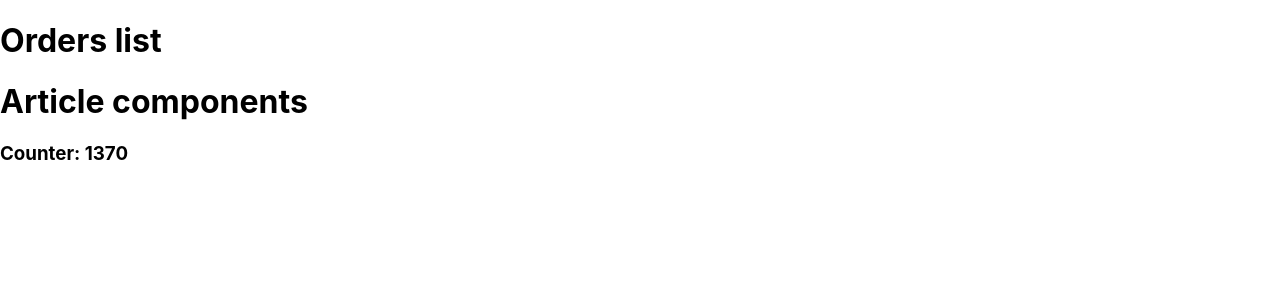
Repository: FS-23/react-navigation
Page: /menu
The author's editor kept a copy of each file at every save. The page is drawn from the files as they stood at one save, then again after the next save.
The browser window is 1280 px wide. The pictures show the whole page.
The project was rebuilt for these pictures with package versions that can differ from the ones it lists, and the page was loaded fresh each time.

Above is the page before, as saved 2022-05-06 12:57:14.

### src/App.js

import OrderList from "./components/OrderList";
import Article from "./components/Article";
function App() {
  return (
    <div className="App">
        <OrderList />
        <Article />
    </div>
  );
}

export default App;

### src/components/OrderList.js
import { getOrders , addOrder} from '../API/orders'
import { useEffect } from 'react'
function OrderList(){

    useEffect(()=> {
        addOrder({
            name: "Pizza hut",
            price: 12
        })
        console.log('getOrders:', getOrders() )
    }, [])

    return (
        <>
           <h1>Orders list</h1>
        </>
    )
}

export default OrderList

### src/components/Article.js
import React from "react";

export default  class Article extends React.Component {

     constructor(props){
          super(props)
          this.state = {
              count: 0
          }

          this.timer = 0
     }

     componentDidMount(){
           this.timer = setInterval(()=>{
               this.setState({count: this.state.count ++})
           })
     }




     render(){
         return(
            <>
                <h1>Article components</h1>
                <h3>Counter: {this.state.count}</h3>
            </>
         )
     }
}

### src/API/orders.js
const orders = [];

export function getOrders(){
    return orders
}

export function addOrder(obj){
    obj.id = orders.length + 1;
    orders.push(obj)
    return orders
}

export function getOrder(id){
    let order = orders.find((_order)=> _order.id == id)
    return order
}

export function changeOrderStatus(id, status){
    for(let order of orders){
        if(order.id == id) {
            order.status = status
            break
        }
    }

    return orders
    //   orders.forEach( order => {
    //       if(order.id == id) order.status = status
    //   })
}

export function removeOrder(id){
     orders.forEach( (order , index) => {
         if(order.id == id) orders.splice(index,1)
     })

     return orders
}

Loaded but not shown: public/index.html (common file); src/index.js (common file); src/index.css (common file)

After the next save:
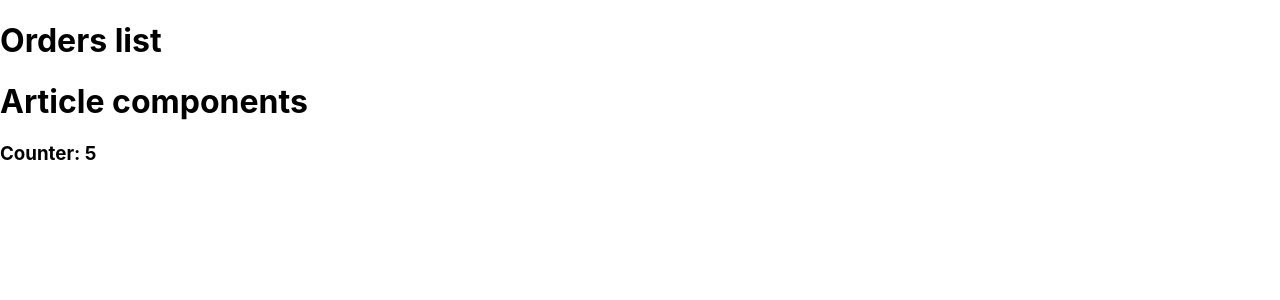
Saved 10 s later.
--- a/src/components/Article.js
+++ b/src/components/Article.js
@@ -14,7 +14,7 @@
      componentDidMount(){
            this.timer = setInterval(()=>{
                this.setState({count: this.state.count ++})
-           })
+           },1000)
      }
 
 
